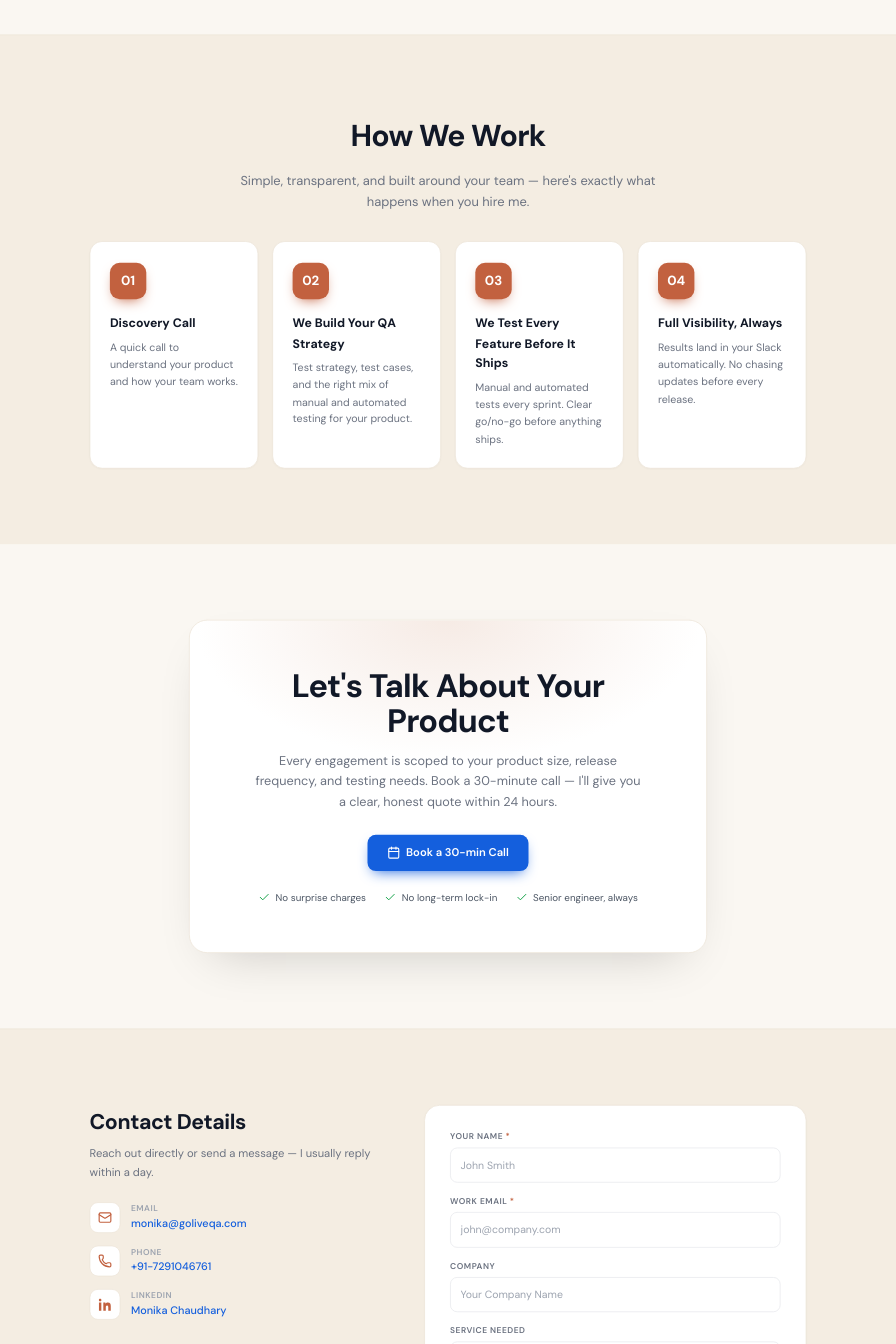
Repository: Monika281992/GoLiveQA
Page: /
These files come from the project's save history. The page is drawn as it stood at one moment and after the next save; the edit follows.
The browser window is 1280 px wide. The pictures show the part of the page from y = 479 to 2399 px (the page is 2917 px tall before and 2887 px after), at 70% of full size.
The project was rebuilt for these pictures with package versions that can differ from the ones it lists, and the page was loaded fresh each time. The framework's server and built-in components were replaced by stand-ins that run in the browser. Also part of the build but not shown: next.config.mjs.

Above is the page before, as saved 2026-06-27 12:53:36.

After the next save:
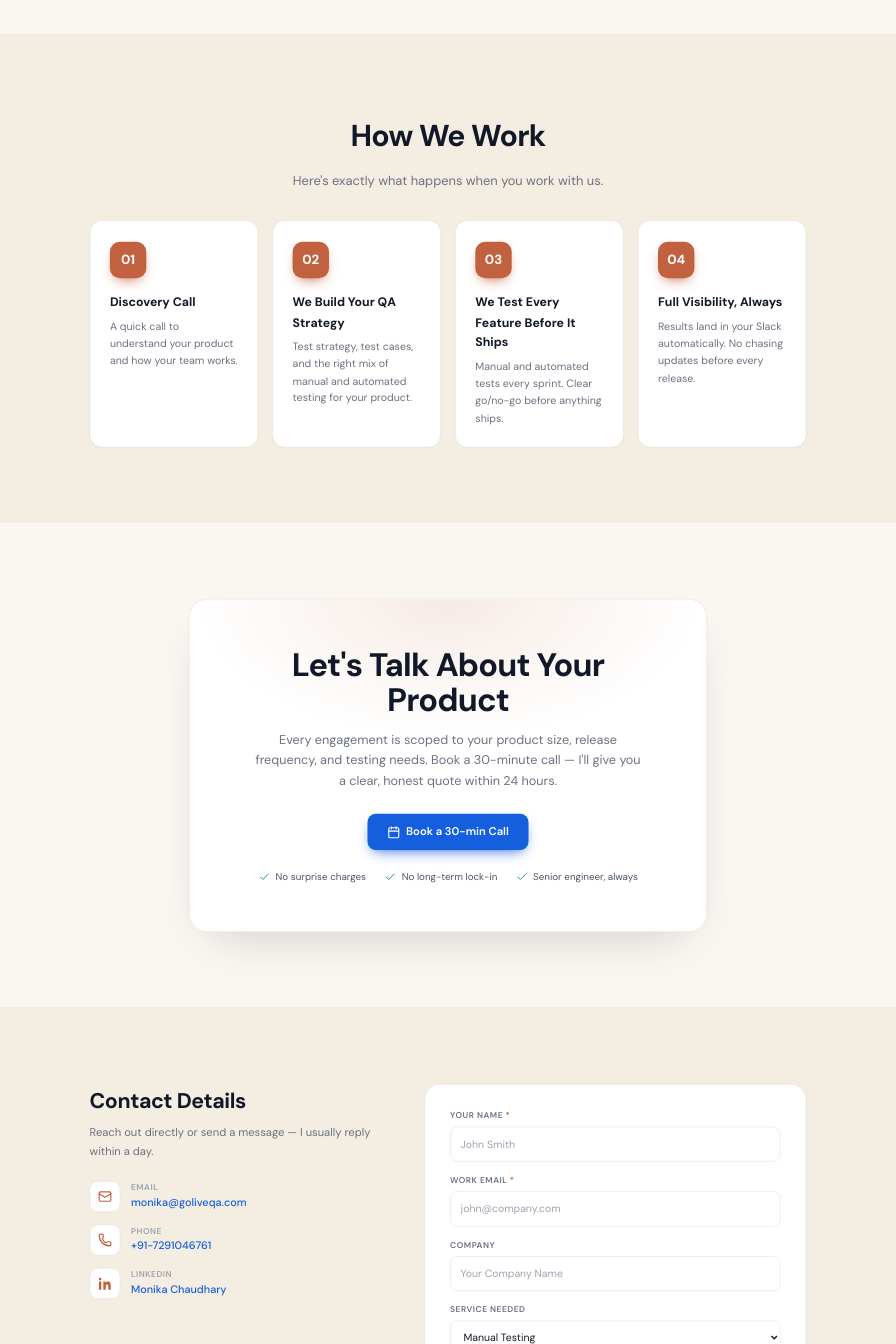
Saved 67 s later.
--- a/components/process.tsx
+++ b/components/process.tsx
@@ -35,8 +35,7 @@ export function Process() {
             How We Work
           </h2>
           <p className="mt-4 text-[clamp(1rem,1.7vw,1.15rem)] leading-relaxed text-muted">
-            Simple, transparent, and built around your team — here&apos;s exactly what
-            happens when you hire me.
+            Here&apos;s exactly what happens when you work with us.
           </p>
         </div>
         <div className="mt-10 grid grid-cols-1 gap-5 sm:grid-cols-2 lg:grid-cols-4">
